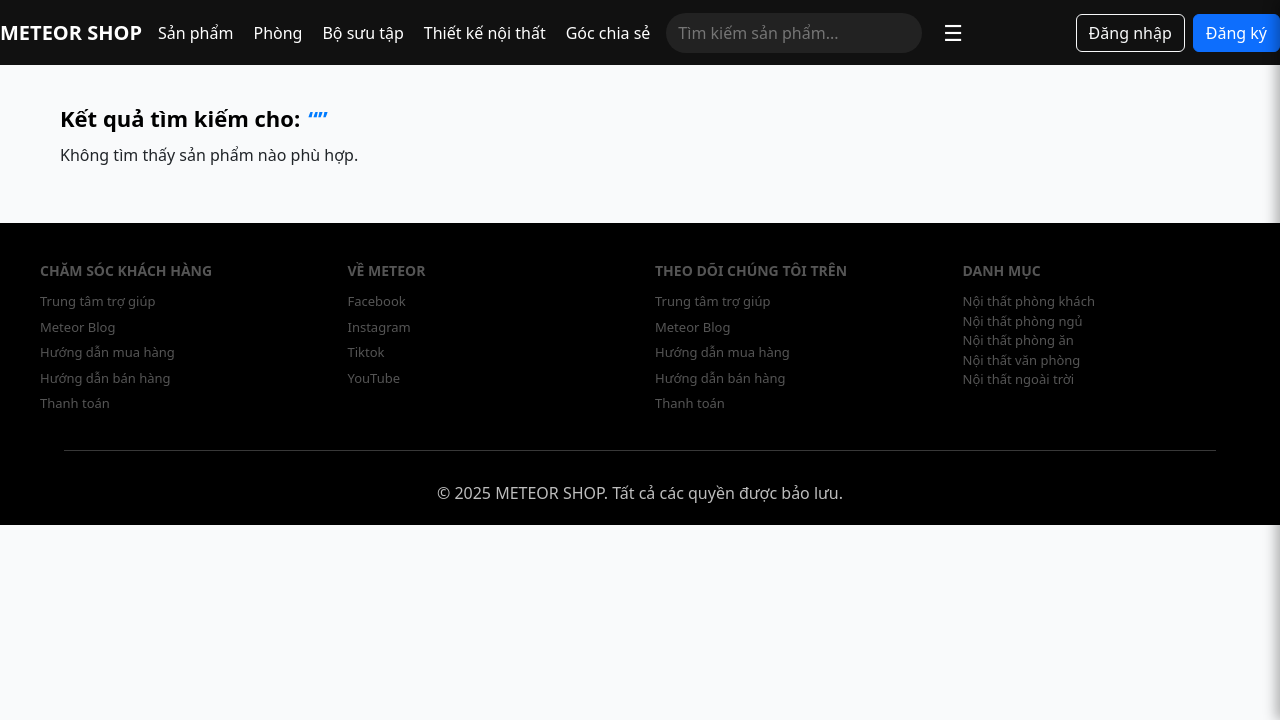
Repository: viethoa0411/Meteor-Shop
Page: http://localhost/search
These files come from the project's save history. The page is drawn as it stood at one moment and after the next save; the edit follows.
The browser window is 1280 px wide. The pictures show the whole page.
The page is served by the project's Laravel application, run on PHP 8.4 with Laravel 12. The database holds what the project's SQL file puts in it.

Above is the page before, as saved 2025-11-09 19:51:28.

After the next save:
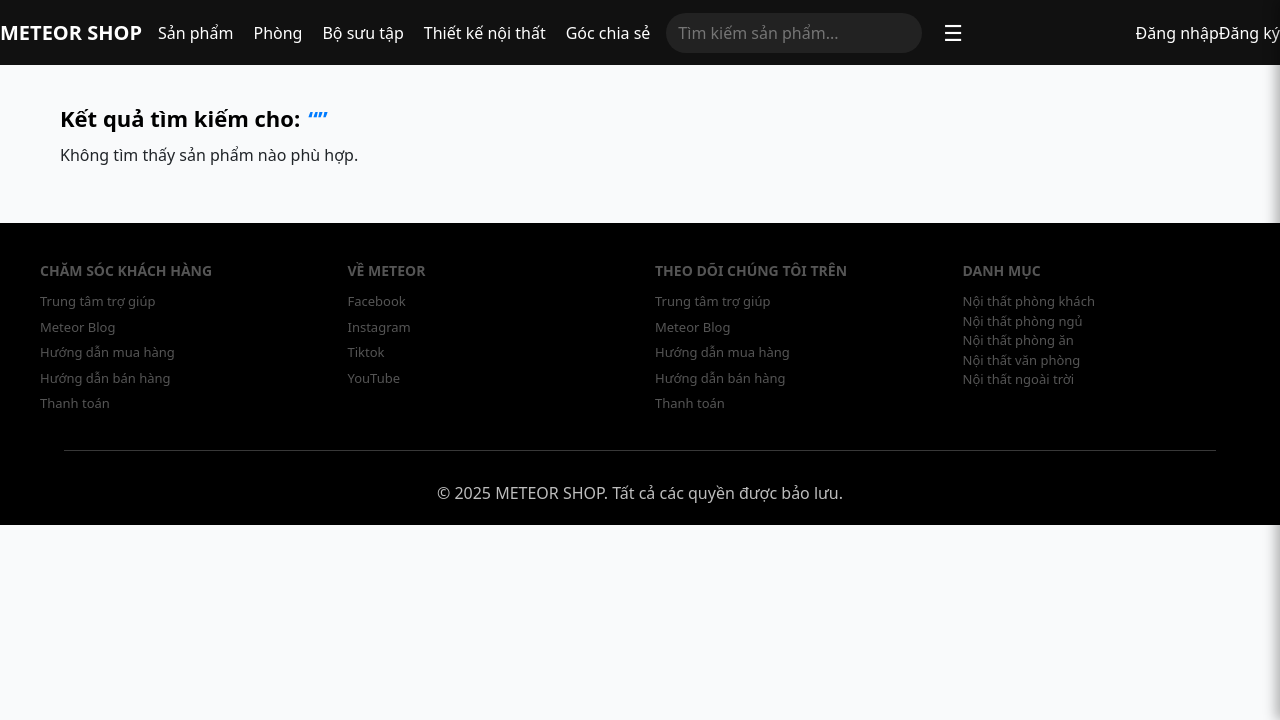
Saved 102 s later.
--- a/resources/views/client/layouts/app.blade.php
+++ b/resources/views/client/layouts/app.blade.php
@@ -344,26 +344,23 @@
             <!-- Icon menu dọc -->
             <div class="menu-toggle">☰</div>
 
-            <div class="ms-auto">
-                <div class="ms-auto w-100">
-                        @auth
-                            <div class="d-flex align-items-center gap-3">
-                                <span class="text-white">Xin chào, {{ Auth::user()->name }}</span>
-                                <form action="{{ route('logout') }}" method="POST" class="d-inline">
-                                    @csrf
-                                    <button class="btn btn-outline-light btn-sm" type="submit">Đăng xuất</button>
-                                </form>
-                            </div>
-                        @else
-                            <div class="d-flex w-100">
-                                <a class="btn btn-outline-light flex-fill" href="{{ route('login') }}">Đăng nhập</a>
-                                <a class="btn btn-primary flex-fill ms-2" href="{{ route('register') }}">Đăng ký</a>
-                            </div>
-                        @endauth
-                </div>
-            </div>
-
-            </div>
+           <div class="auth-buttons ms-auto">
+    @auth
+        <div class="d-flex align-items-center gap-3">
+            <span class="text-white small">Xin chào, {{ Auth::user()->name }}</span>
+            <form action="{{ route('logout') }}" method="POST" class="d-inline">
+                @csrf
+                <button type="submit" class="btn btn-outline-light btn-sm px-3 py-1">Đăng xuất</button>
+            </form>
+        </div>
+    @else
+        <div class="d-flex auth-btn-wrap">
+            <a href="{{ route('login') }}" class="btn-login">Đăng nhập</a>
+            <a href="{{ route('register') }}" class="btn-register">Đăng ký</a>
+        </div>
+    @endauth
+</div>
+
 
         <!-- Menu dọc -->
         <div class="overlay"></div>

After the 4 saves that followed:
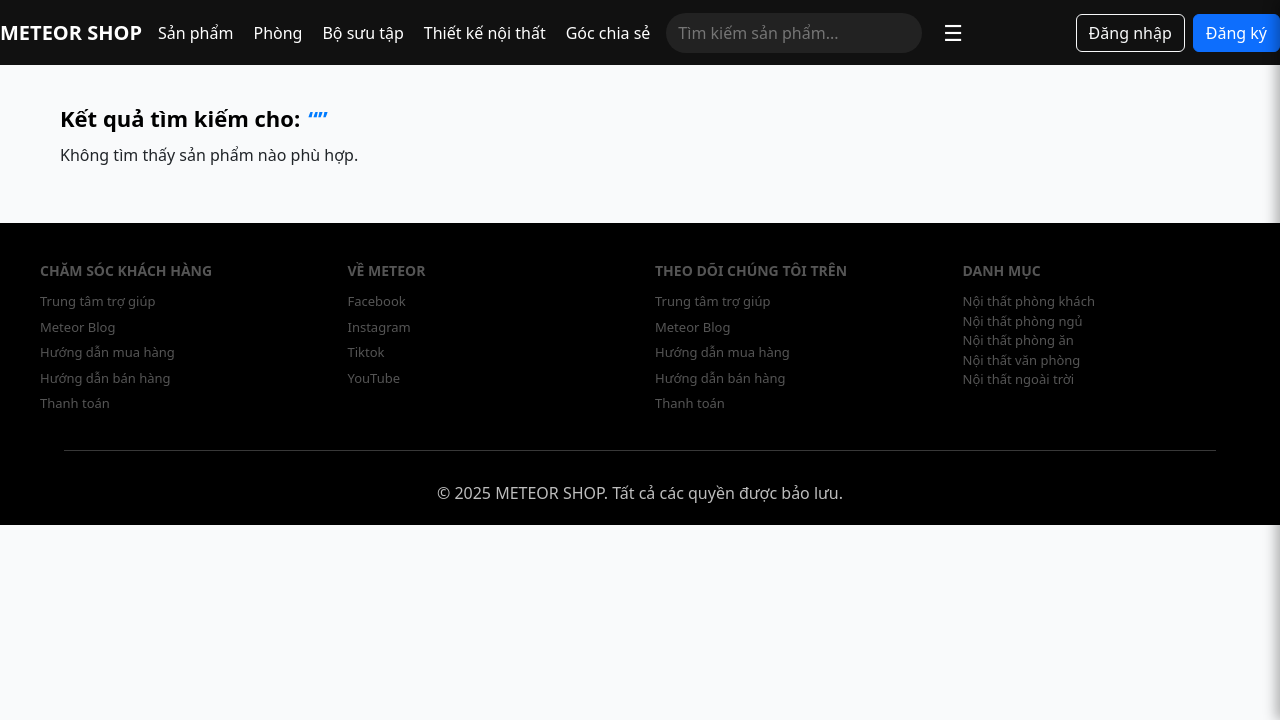
The 4 saves are shown as one change because 1 left the picture as it was and some came seconds apart.
The last was saved 24 s later.
--- a/resources/views/client/layouts/app.blade.php
+++ b/resources/views/client/layouts/app.blade.php
@@ -344,23 +344,26 @@
             <!-- Icon menu dọc -->
             <div class="menu-toggle">☰</div>
 
-           <div class="auth-buttons ms-auto">
-    @auth
-        <div class="d-flex align-items-center gap-3">
-            <span class="text-white small">Xin chào, {{ Auth::user()->name }}</span>
-            <form action="{{ route('logout') }}" method="POST" class="d-inline">
-                @csrf
-                <button type="submit" class="btn btn-outline-light btn-sm px-3 py-1">Đăng xuất</button>
-            </form>
-        </div>
-    @else
-        <div class="d-flex auth-btn-wrap">
-            <a href="{{ route('login') }}" class="btn-login">Đăng nhập</a>
-            <a href="{{ route('register') }}" class="btn-register">Đăng ký</a>
-        </div>
-    @endauth
-</div>
-
+            <div class="ms-auto">
+                <div class="ms-auto w-100">
+                        @auth
+                            <div class="d-flex align-items-center gap-3">
+                                <span class="text-white">Xin chào, {{ Auth::user()->name }}</span>
+                                <form action="{{ route('logout') }}" method="POST" class="d-inline">
+                                    @csrf
+                                    <button class="btn btn-outline-light btn-sm" type="submit">Đăng xuất</button>
+                                </form>
+                            </div>
+                        @else
+                            <div class="d-flex w-100">
+                                <a class="btn btn-outline-light flex-fill" href="{{ route('login') }}">Đăng nhập</a>
+                                <a class="btn btn-primary flex-fill ms-2" href="{{ route('register') }}">Đăng ký</a>
+                            </div>
+                        @endauth
+                </div>
+            </div>
+
+            </div>
 
         <!-- Menu dọc -->
         <div class="overlay"></div>
